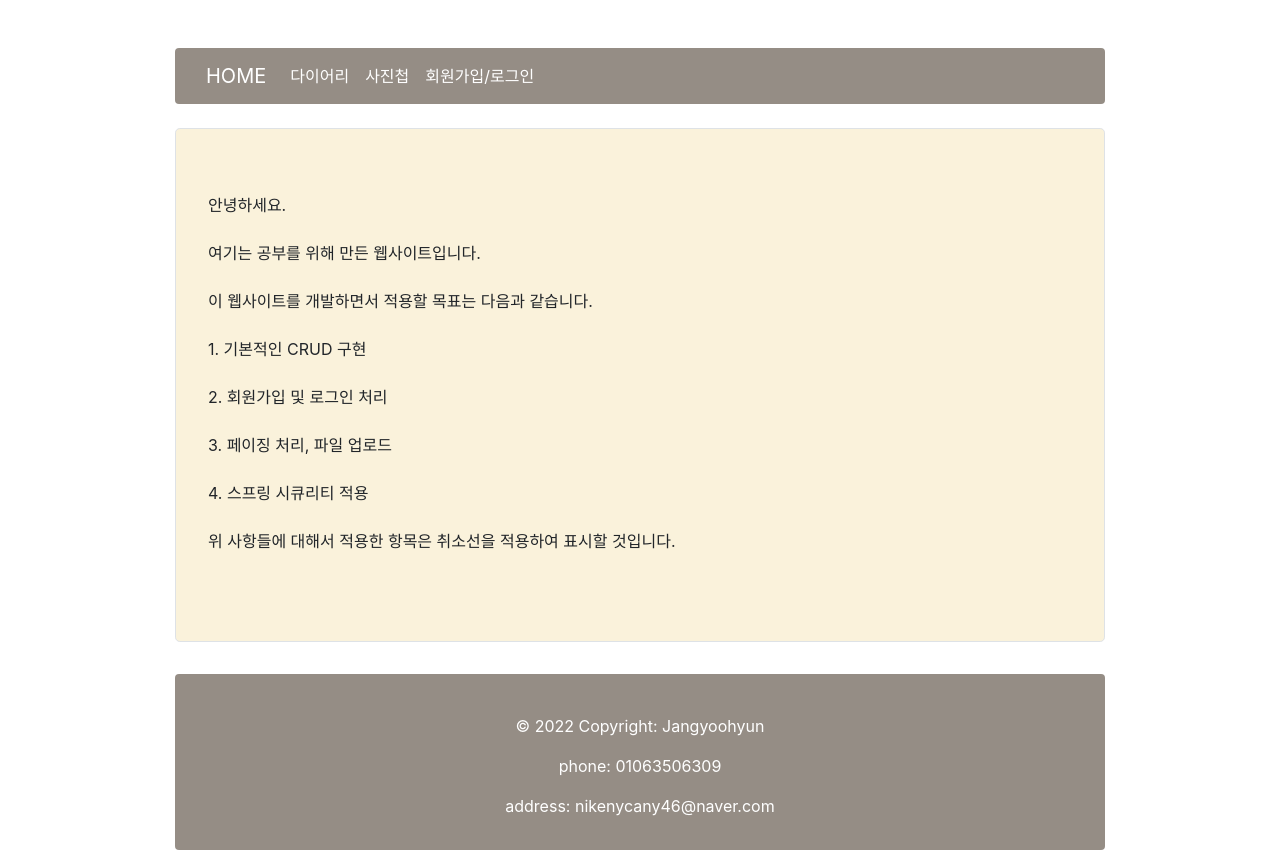
Repository: jangyoohyun/toyProject
Page: http://localhost/toyproject/WEB-INF/views/index.jsp
The author's editor kept a copy of each file at every save. The page is drawn from the files as they stood at one save, then again after the next save.
The browser window is 1280 px wide. The pictures show the whole page.
The page is served by Tomcat 9. Nobody is signed in. The template is opened directly, without the code that normally fills it, so the values that code supplies are empty.

Above is the page before, as saved 2022-02-26 11:52:46.

After the next save:
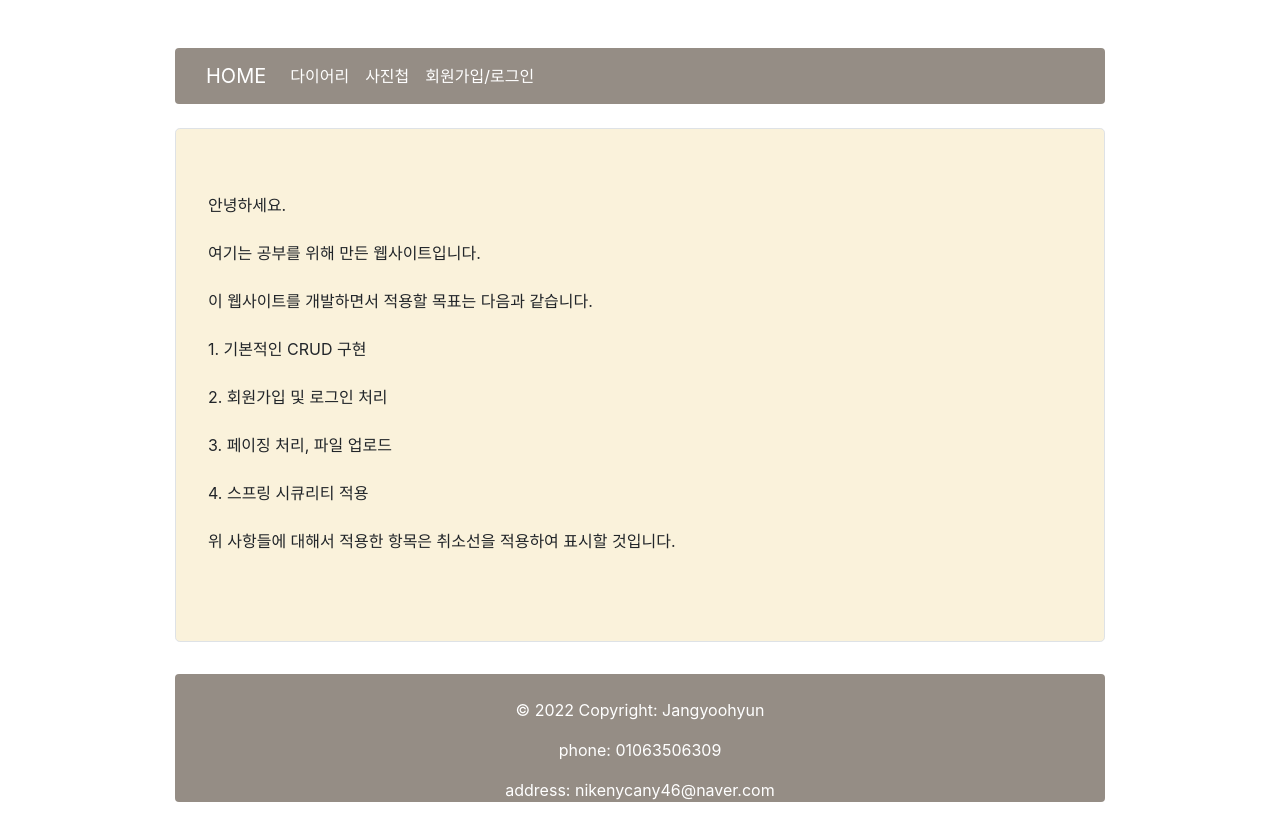
Saved 65 s later.
--- a/Study/toyproject/src/main/webapp/WEB-INF/views/layout/footer.jsp
+++ b/Study/toyproject/src/main/webapp/WEB-INF/views/layout/footer.jsp
@@ -3,7 +3,7 @@
 
 
 <footer class="text-center text-lg-start rounded" style="background-color: #958D85">
-	<div class="text-center p-3 text-white">
+	<div class="text-center text-white">
 		<br>
 		<p>© 2022 Copyright: Jangyoohyun</p>
 		<p>phone: 01063506309</p>
